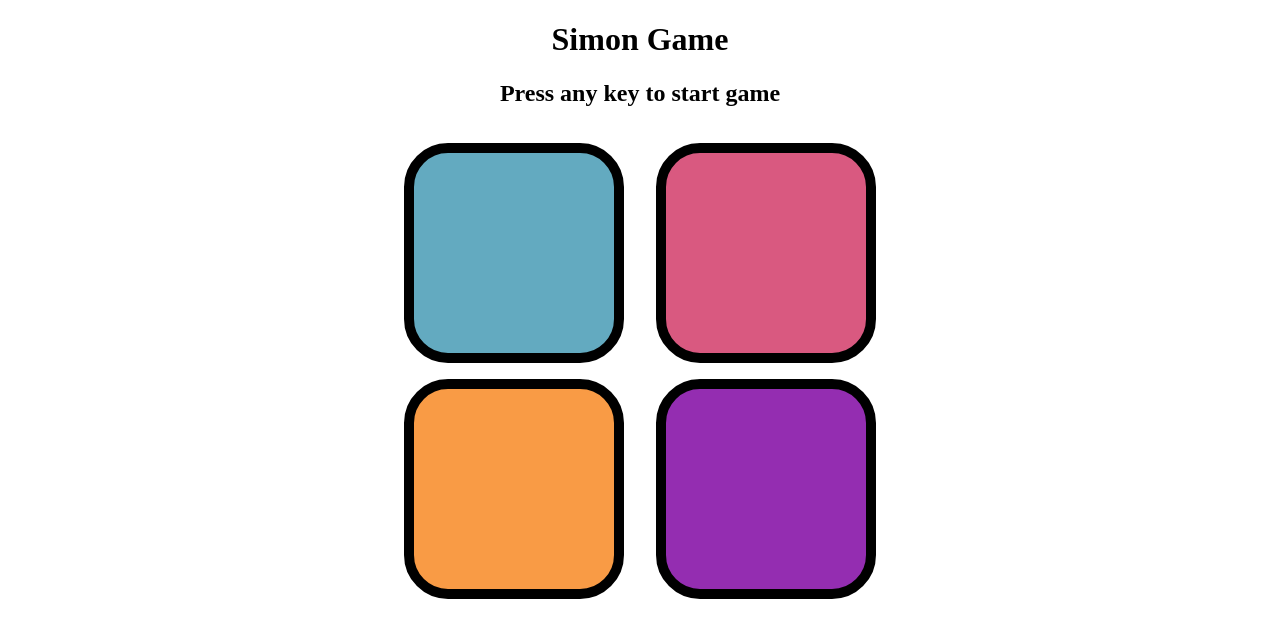
Repository: Ruchii02/javascript-mini-project
Page: index.html
An editor plug-in stored every save of this project. The page is shown before and after the next save, followed by the edit.
The browser window is 1280 px wide. The pictures show the whole page.
After loading, the first visible `#green` was clicked once.

Above is the page before, as saved 2024-07-02 11:05:34.

### index.html
<!DOCTYPE html>
<html lang="en">
<head>
    <meta charset="UTF-8">
    <meta name="viewport" content="width=device-width, initial-scale=1.0">
    <title>Document</title>
    <link rel="stylesheet" href="style.css">
</head>
<body>
   <h1>Simon Game</h1>
   <h2>Press any key to start game</h2>
   <div class="btn-container">
    <div class="fline">
        <div class="btn green" type="button" id="green"></div>
        <div class="btn yellow" type="button" id="yellow"></div>
    </div>
    <div class="sline">
        <div class="btn red" type="button" id="red"></div>
        <div class="btn blue" type="button" id="blue"></div>
    </div>
   </div>
   <script src="app.js"></script>
</body>
</html>

### style.css
body{
    text-align: center;
}
.btn{
    height: 200px;
    width: 200px;
    border-radius: 20%;
    border: 10px solid black;
    margin: 1rem;

}
.btn-container{
    display: flex;
    justify-content: center;

}
.yellow{
    background-color:#f99b45;
}
.red{
    background-color:#d95980;
}
.green{
    background-color:#63aac0;
}
.blue{
    background-color:#942db1;
}
.flash{
    background-color: white;
}
.userFlash{
    background-color: rgb(107, 209, 107);
}

### app.js
let gameSeq=[];
let userSeq=[];
 let start = false;
 let level=0;
let btns =["yellow","green","red" , "blue"];
let h2= document.querySelector("h2");

 document.addEventListener("keypress" , function(){
  //game can be started at once so only the case when game is not stated yet will start the game
   if(start==false){
    console.log("game started");
    start = true;

     levelup();
   }
 });

 function btnFlash(btn){
    btn.classList.add("flash");
    //let f = document.querySelector(".flash");
    //f.background-color(white);
    setTimeout(function() {
      btn.classList.remove("flash");

    } , 250);
 }
 function userFlash(btn){
  btn.classList.add("userFlash");
  //let f = document.querySelector(".flash");
  //f.background-color(white);
  setTimeout(function() {
    btn.classList.remove("userFlash");

  } , 250);
}

 function levelup(){
  userSeq = [];
    level++;
    h2.innerText=`Level ${level}`;
     let ranInd = Math.floor(Math.random()*3);
     let ranCol= btns[ranInd];
     let ranBtn = document.querySelector(`.${ranCol}`);
     gameSeq.push(ranCol);
     btnFlash(ranBtn);
    }

    function checkAns( idx ){
      if(userSeq[idx] === gameSeq[idx]){
       if(userSeq.length == gameSeq.length){
       setTimeout(levelup,1000);
       }
      }else{
        h2.innerHtml = `Game Over! Your score was <b> ${level}</b> <br> Press any key to start`;
        document.querySelector("body").style.backgroundColor = "red";
        setTimeout(function(){
          document.querySelector("body").style.backgroundColor = "white";
        } , 150)
        reset();
      }
    }

    function btnPress (){
      let btn = this;
      userFlash(btn);
      //console.log("btn was pressed");

      userColor = btn.getAttribute("id");
      userSeq.push(userColor);

      checkAns(userSeq.length-1);

    }

    let allBtns = document.querySelectorAll(".btn");
    for(btn of allBtns){
      btn.addEventListener("click" , btnPress);
    }

    function reset(){
      start = false ;
      gameSeq = [];
      userSeq = [];
      level = 0;
    }

After the next save:
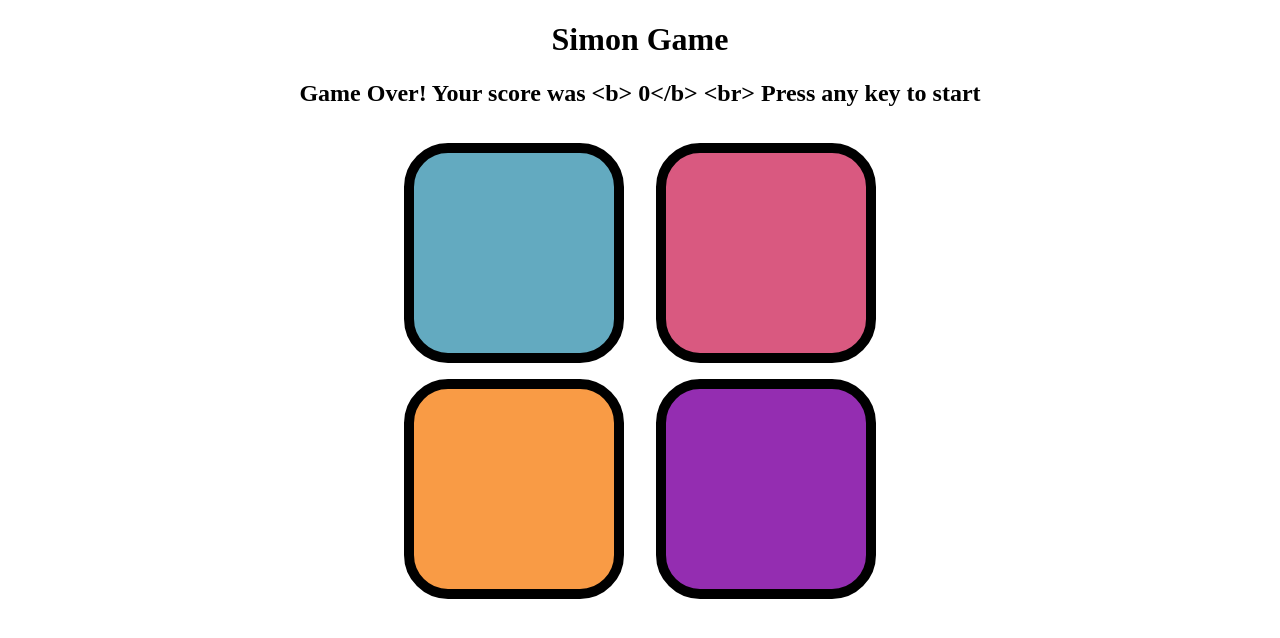
Saved 65 s later.
--- a/app.js
+++ b/app.js
@@ -51,7 +51,7 @@ let h2= document.querySelector("h2");
        setTimeout(levelup,1000);
        }
       }else{
-        h2.innerHtml = `Game Over! Your score was <b> ${level}</b> <br> Press any key to start`;
+        h2.innerText = `Game Over! Your score was <b> ${level}</b> <br> Press any key to start`;
         document.querySelector("body").style.backgroundColor = "red";
         setTimeout(function(){
           document.querySelector("body").style.backgroundColor = "white";
